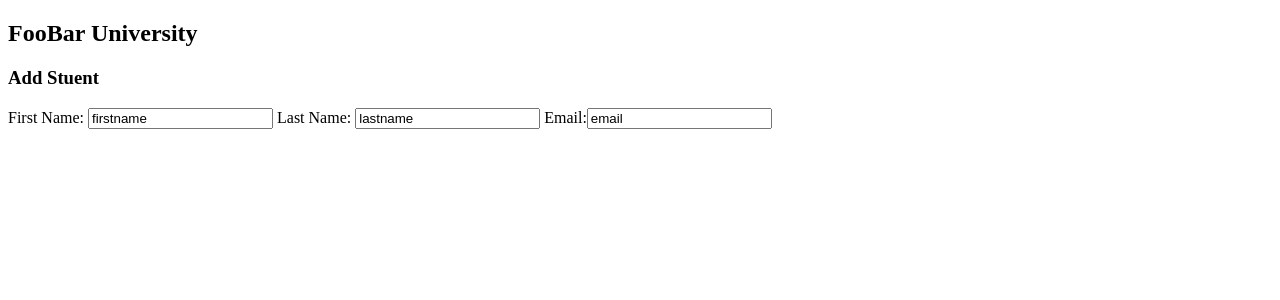
Repository: i-tanova/JEEProjects
Page: http://localhost/StudentsDB/add-student.jsp
The author's editor kept a copy of each file at every save. The page is drawn from the files as they stood at one save, then again after the next save.
The browser window is 1280 px wide. The pictures show the whole page.
The page is served by Tomcat 9. Other server files are loaded and not shown.

Above is the page before, as saved 2019-11-28 08:59:40.

### StudentsDB/WebContent/add-student.jsp
<%@ page language="java" contentType="text/html; charset=UTF-8"
    pageEncoding="UTF-8"%>
<!DOCTYPE html>
<html>
<head>
<meta charset="UTF-8">
<title>Add student</title>
<link type="text/css" rel="stylesheet' href="css/style.css"/>
<link type="text/css" rel="stylesheet' href="css/add-student-style.css"/>
</head>
<body>

<div id="wrapper">
      <div id="header">
       <h2>FooBar University</h2>
      </div>
</div>

<div id="container">
<h3>Add Stuent</h3>

<form action="StudentControllerServlet" method="get">

  First Name: <input type="text" value="firstname"></>
  Last Name: <input type="text" value="lastname"></>
  Email:<input type="text" value="email" />

</form>

</div>

</body>
</html>

After the next save:
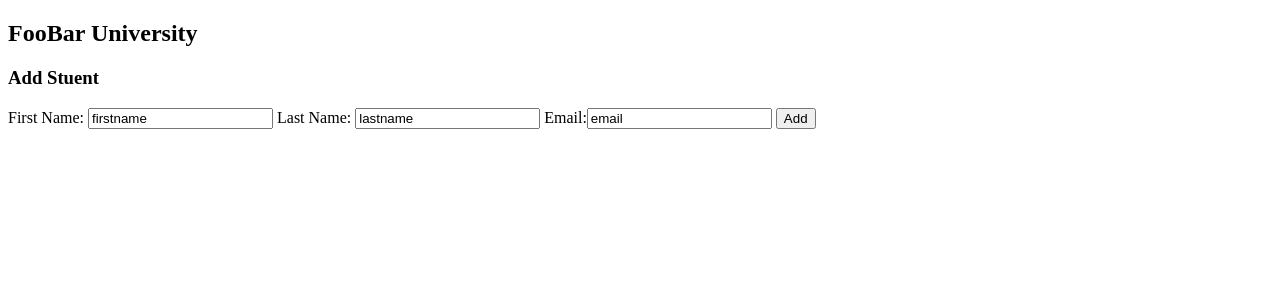
Saved 28 s later.
--- a/StudentsDB/WebContent/add-student.jsp
+++ b/StudentsDB/WebContent/add-student.jsp
@@ -24,6 +24,7 @@
   First Name: <input type="text" value="firstname"></>
   Last Name: <input type="text" value="lastname"></>
   Email:<input type="text" value="email" />
+  <input type="submit" value="Add">
 
 </form>
 
